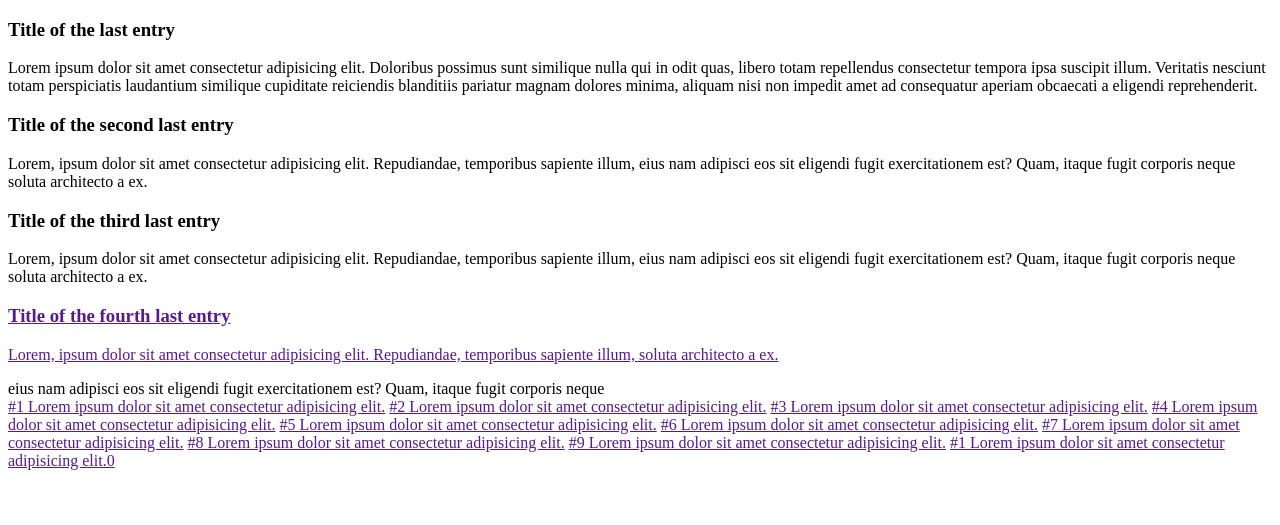
Repository: KikiMcArron/Don_Kiki_McArron
Page: index.html
The author's editor kept a copy of each file at every save. The page is drawn from the files as they stood at one save, then again after the next save.
The browser window is 1280 px wide. The pictures show the whole page.

Above is the page before, as saved 2022-04-10 19:23:43.

### index.html
<!DOCTYPE html>
<html lang="pl">

<head>
    <meta charset="UTF-8">
    <meta http-equiv="X-UA-Compatible" content="IE=edge">
    <meta name="viewport" content="width=device-width, initial-scale=1.0">
    <title>Document</title>
</head>

<body>
    <header>
        <nav></nav>
    </header>
    <main>
        <section class="last_entrie">
            <article>
                <h3>Title of the last entry</h3>
                <p>Lorem ipsum dolor sit amet consectetur adipisicing elit. Doloribus possimus sunt similique nulla qui in odit quas, libero totam repellendus consectetur tempora ipsa suscipit illum. Veritatis nesciunt totam
                    perspiciatis laudantium similique cupiditate reiciendis blanditiis pariatur magnam dolores minima,
                    aliquam nisi non impedit amet ad consequatur aperiam obcaecati a eligendi reprehenderit.</p>

            </article>
        </section>
        <section class="prev_entries">
            <article>
                <h3>Title of the second last entry</h3>
                <p>Lorem, ipsum dolor sit amet consectetur adipisicing elit. Repudiandae, temporibus sapiente illum,
                    eius nam adipisci eos sit eligendi fugit exercitationem est? Quam, itaque fugit corporis neque
                    soluta architecto a ex.</p>
                </article>
                <article>
                    <h3>Title of the third last entry</h3>
                    <p>Lorem, ipsum dolor sit amet consectetur adipisicing elit. Repudiandae, temporibus sapiente illum,
                        eius nam adipisci eos sit eligendi fugit exercitationem est? Quam, itaque fugit corporis neque
                        soluta architecto a ex.</p>
                    </article>
                    <article>
                <a href=""><h3>Title of the fourth last entry</h3>
                <p>Lorem, ipsum dolor sit amet consectetur adipisicing elit. Repudiandae, temporibus sapiente illum,
                    soluta architecto a ex.</p></a>
                    eius nam adipisci eos sit eligendi fugit exercitationem est? Quam, itaque fugit corporis neque
            </article>
        </section>
        <section class="hitory_entries">
            <a href=""> #1 Lorem ipsum dolor sit amet consectetur adipisicing elit.</a>
            <a href=""> #2 Lorem ipsum dolor sit amet consectetur adipisicing elit.</a>
            <a href=""> #3 Lorem ipsum dolor sit amet consectetur adipisicing elit.</a>
            <a href=""> #4 Lorem ipsum dolor sit amet consectetur adipisicing elit.</a>
            <a href=""> #5 Lorem ipsum dolor sit amet consectetur adipisicing elit.</a>
            <a href=""> #6 Lorem ipsum dolor sit amet consectetur adipisicing elit.</a>
            <a href=""> #7 Lorem ipsum dolor sit amet consectetur adipisicing elit.</a>
            <a href=""> #8 Lorem ipsum dolor sit amet consectetur adipisicing elit.</a>
            <a href=""> #9 Lorem ipsum dolor sit amet consectetur adipisicing elit.</a>
            <a href=""> #1 Lorem ipsum dolor sit amet consectetur adipisicing elit.0</a>

        </section>
    </main>
    <aside class="notes"></aside>
    <aside class="projects"></aside>
    <footer></footer>
</body>

</html>

After the next save:
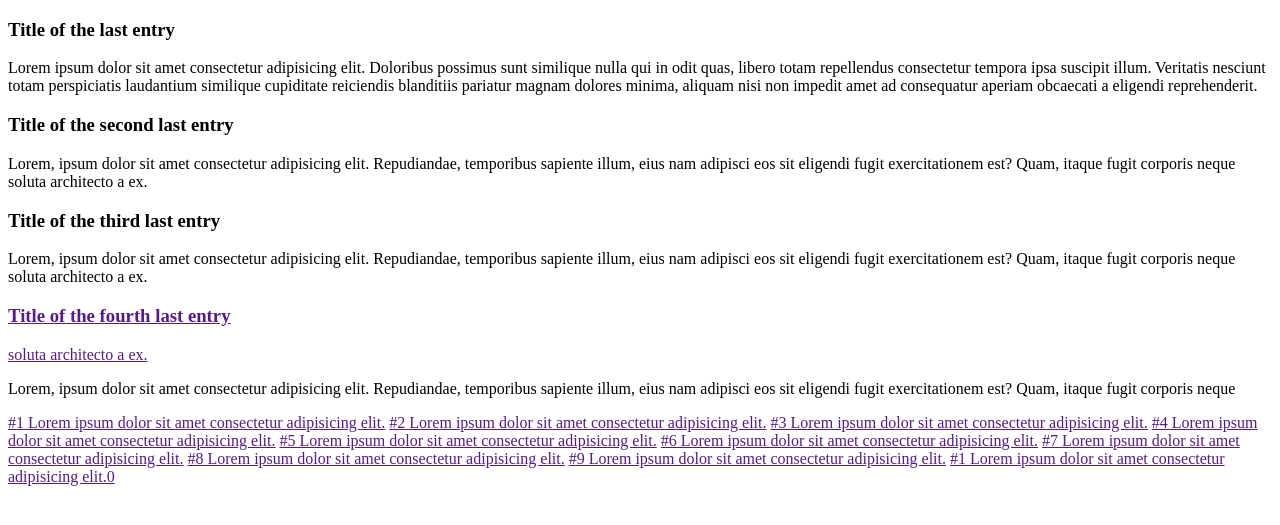
Saved 5 s later.
--- a/index.html
+++ b/index.html
@@ -36,9 +36,9 @@
                         soluta architecto a ex.</p>
                     </article>
                     <article>
-                <a href=""><h3>Title of the fourth last entry</h3>
+                        <a href=""><h3>Title of the fourth last entry</h3>
+                            soluta architecto a ex.</p></a>
                 <p>Lorem, ipsum dolor sit amet consectetur adipisicing elit. Repudiandae, temporibus sapiente illum,
-                    soluta architecto a ex.</p></a>
                     eius nam adipisci eos sit eligendi fugit exercitationem est? Quam, itaque fugit corporis neque
             </article>
         </section>
